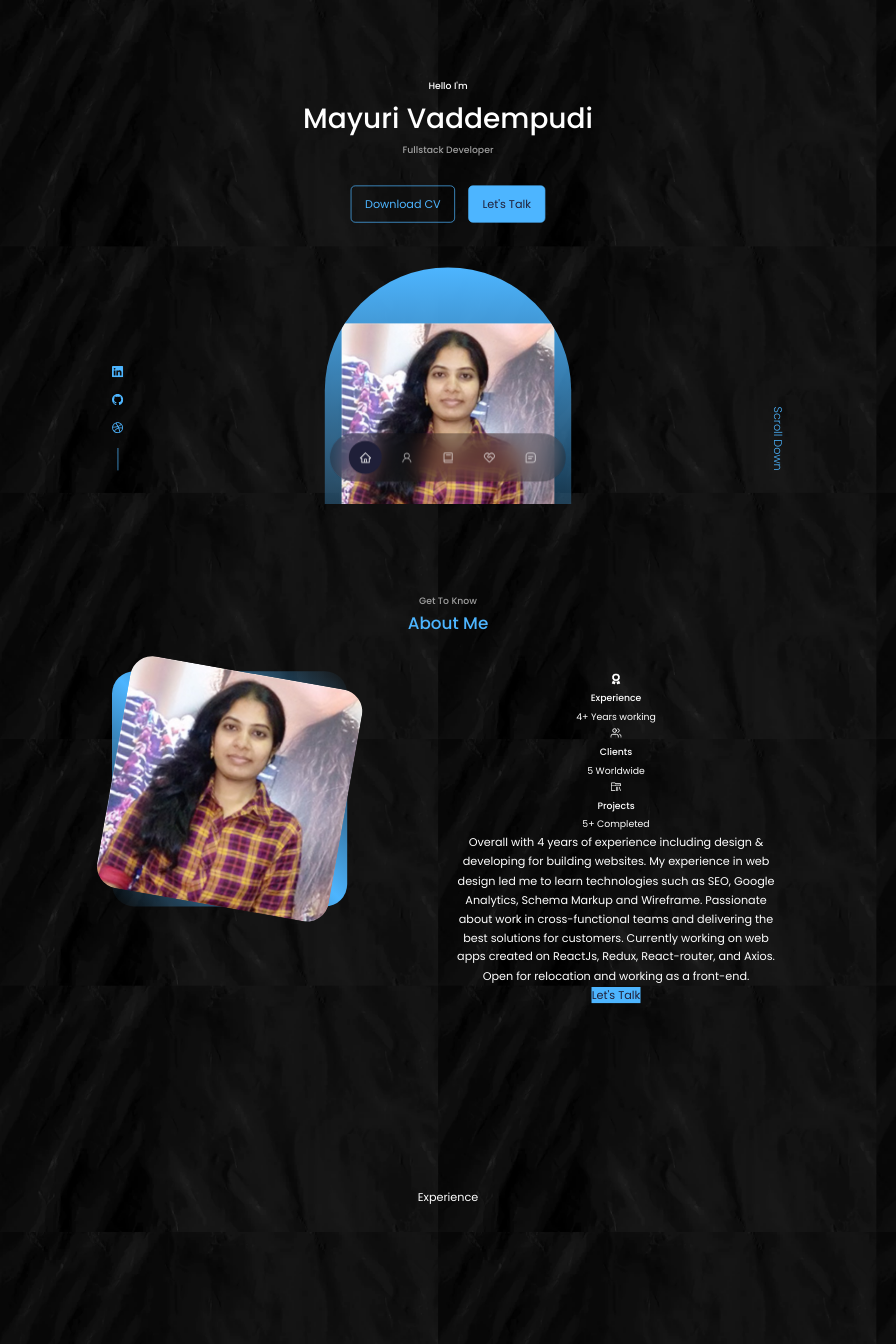
Repository: mayuri2018/Mr_react_portfolio
Page: /
The author's editor kept a copy of each file at every save. The page is drawn from the files as they stood at one save, then again after the next save.
The browser window is 1280 px wide. The pictures show the part of the page from y = 0 to 1920 px (the page is 5835 px tall), at 70% of full size.
The project was rebuilt for these pictures with package versions that can differ from the ones it lists, and the page was loaded fresh each time. Also part of the build but not shown: src/components/experience/experience.css, src/components/services/services.css, src/components/portfolio/portfolio.css, src/components/testimonials/testimonials.css, src/components/contact/contact.css, src/components/footer/footer.css.

Above is the page before, as saved 2023-01-25 13:36:39.

After the next save:
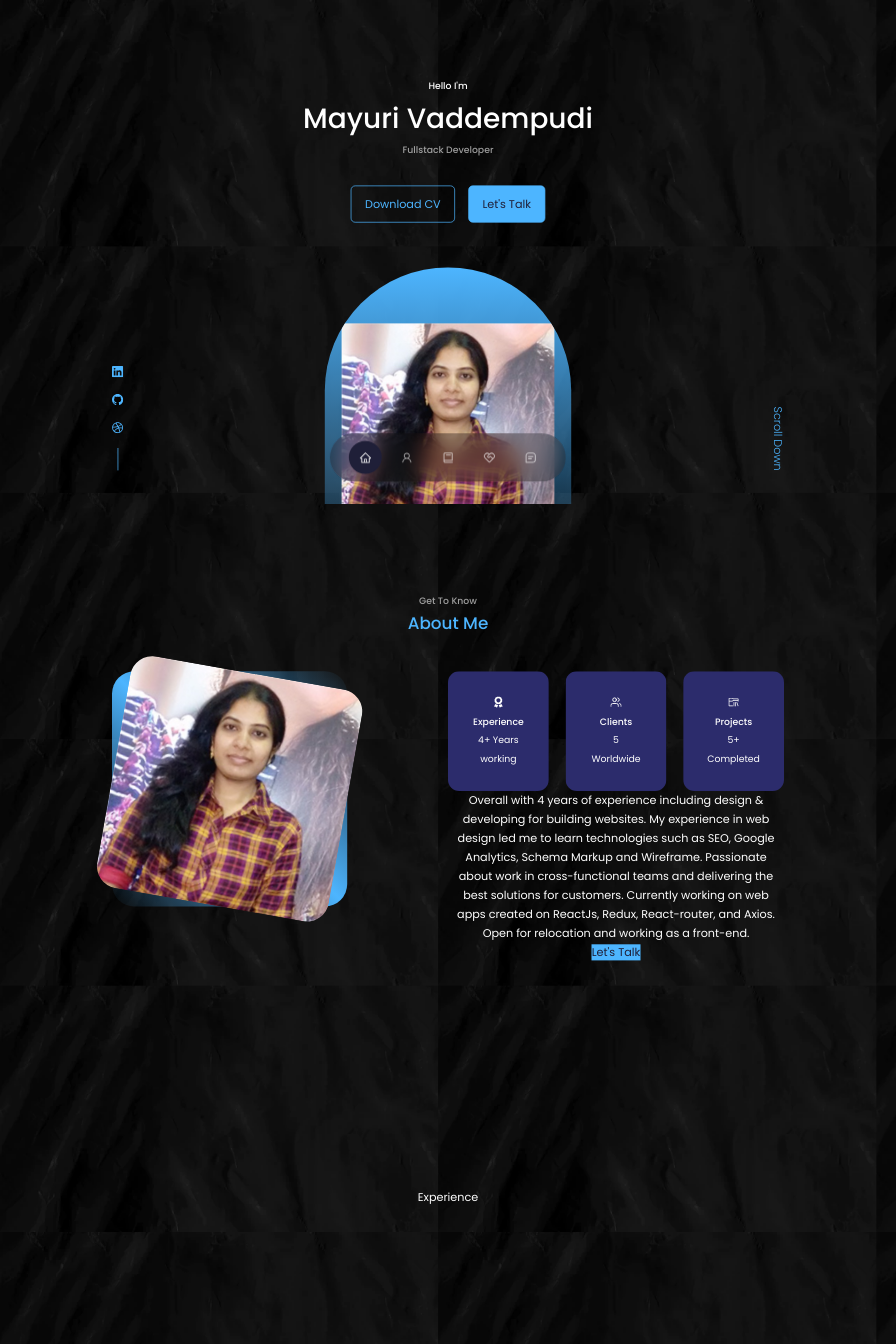
Saved 3 min 2 s later.
--- a/src/components/about/about.css
+++ b/src/components/about/about.css
@@ -27,3 +27,17 @@
 .about_me-image:hover{
     transform: rotate(0);
 }
+.about_cards{
+    display: grid;
+    grid-template-columns: repeat(3, 1fr);
+    gap: 1.5em;
+}
+
+.about_card{
+    background: var(--color-bg-variant);
+    border: 1px solid transparent;
+    border-radius: 1rem;
+    padding: 2rem;
+    text-align: center;
+    transition: var(--transition);
+}
